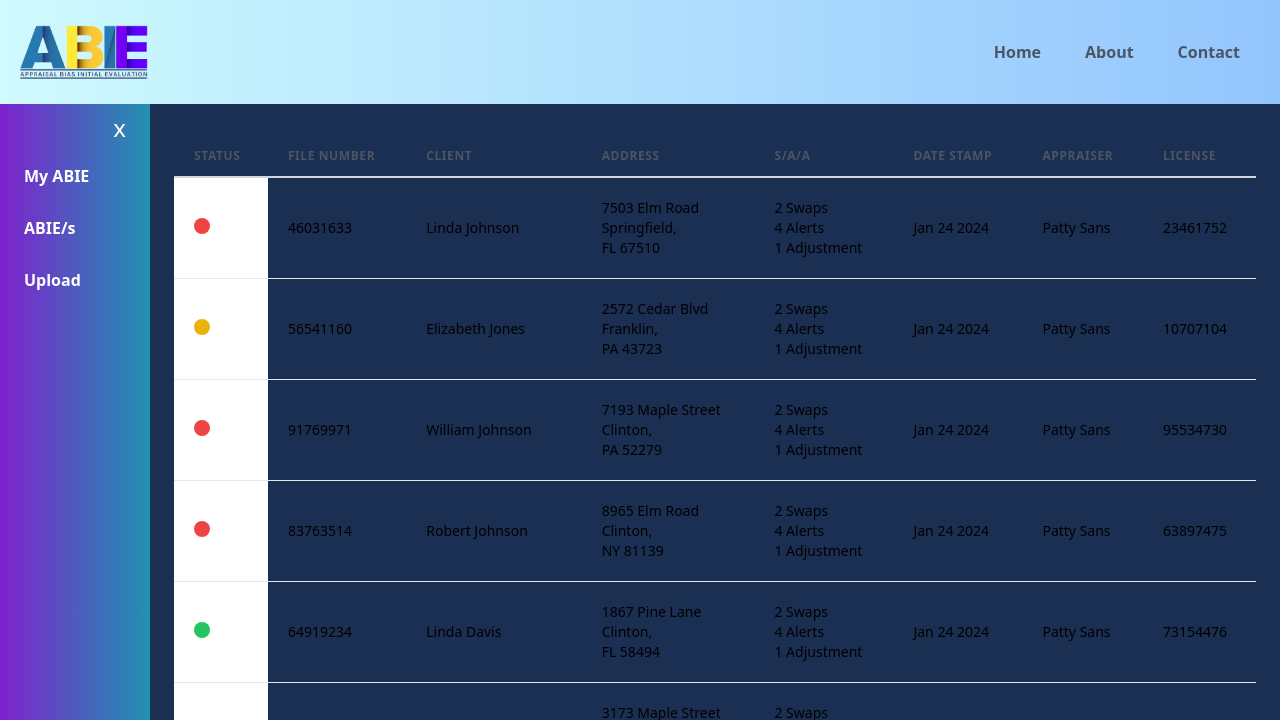
Repository: WafulaLukorito/Abie-frontend
Page: /dashboard
These files come from the project's save history. The page is drawn as it stood at one moment and after the next save; the edit follows.
The browser window is 1280 px wide. The pictures show the whole page.
An inner scrolling area shows only its first screen. The project was rebuilt for these pictures with package versions that can differ from the ones it lists, and the page was loaded fresh each time. Also part of the build but not shown: vite.config.js, src/components/Header/Button.jsx, src/components/Header/Links.jsx, src/components/Header/index.jsx, src/pages/Home.jsx, src/pages/About.jsx.

Above is the page before, as saved 2024-01-26 18:54:00.

### index.html
<!doctype html>
<html lang="en">
  <head>
    <meta charset="UTF-8" />
    <link rel="icon" type="image/svg+xml" href="src\assets\logo.png" />
    <meta name="viewport" content="width=device-width, initial-scale=1.0" />
    <title>Vite + React</title>
  </head>
  <body>
    <div id="root"></div>
    <script type="module" src="/src/main.jsx"></script>
  </body>
</html>

### src/main.jsx
import React from 'react'
import ReactDOM from 'react-dom/client'
import './index.css'
import { createBrowserRouter, RouterProvider } from 'react-router-dom'

//pages
import Home from './pages/Home'
import About from './pages/About'
import Dashboard from './pages/Dashboard'

const routes = createBrowserRouter([
  {
    path: '/',
    element: <Home/>,
  },
  {
    path: '/about',
    element: <About/>
  },
  {
    path: '/dashboard',
    element: <Dashboard/>
  },
  {
    path: '*',
    element: <div>404 Not Found</div>
  }
])

ReactDOM.createRoot(document.getElementById('root')).render(
  <React.StrictMode>
    <RouterProvider router={routes}/>
  </React.StrictMode>,
)

### src/index.css
@tailwind base;
@tailwind components;
@tailwind utilities;

* {
  margin: 0;
  padding: 0;
  box-sizing: border-box;
}

.sidebar {
  top: 6.5rem;
  background: linear-gradient(to right, #7E22CE, #2193b0);
}

### src/pages/Dashboard.jsx
import React, { useState } from 'react';
import Sidebar from "../components/Sidebar";
import NavBar from "../components/Navbar";
import mock from "./mock.json";

const Dashboard = () => {
    const [isSidebarOpen, setIsSidebarOpen] = useState(true);

    const toggleSidebar = () => {
        setIsSidebarOpen(!isSidebarOpen);
    };

    return (
        <div className="flex h-screen" style={{ backgroundColor: "#1A2F52" }}>
            <Sidebar isOpen={isSidebarOpen} toggleSidebar={toggleSidebar} />
            <div className="flex flex-col flex-1 overflow-hidden">
                <NavBar />

                {/* Main content */}
                <main className={`flex-1 overflow-x-hidden overflow-y-auto ${isSidebarOpen ? 'ml-[150px]' : 'ml-0'}`}>
                <div className="container mx-auto px-6 py-8">
                 <table className="min-w-full leading-normal">
                            <thead>
                                <tr>
                                    <th className="px-5 py-3 border-b-2 border-gray-300 text-left text-xs font-semibold text-gray-600 uppercase tracking-wider">Status</th>
                                    <th className="px-5 py-3 border-b-2 border-gray-300 text-left text-xs font-semibold text-gray-600 uppercase tracking-wider">File Number</th>
                                    <th className="px-5 py-3 border-b-2 border-gray-300 text-left text-xs font-semibold text-gray-600 uppercase tracking-wider">Client</th>
                                    <th className="px-5 py-3 border-b-2 border-gray-300 text-left text-xs font-semibold text-gray-600 uppercase tracking-wider">Address</th>
                                    <th className="px-5 py-3 border-b-2 border-gray-300 text-left text-xs font-semibold text-gray-600 uppercase tracking-wider">S/A/A</th>
                                    <th className="px-5 py-3 border-b-2 border-gray-300 text-left text-xs font-semibold text-gray-600 uppercase tracking-wider">Date Stamp</th>
                                    <th className="px-5 py-3 border-b-2 border-gray-300 text-left text-xs font-semibold text-gray-600 uppercase tracking-wider">Appraiser</th>
                                    <th className="px-5 py-3 border-b-2 border-gray-300 text-left text-xs font-semibold text-gray-600 uppercase tracking-wider">License</th>
                                </tr>
                            </thead>
                            <tbody>
                            {mock.map((item, index) => (
                    <tr key={index} className="hover:bg-gray-100">
                        <td className="px-5 py-5 border-b border-gray-200 bg-white text-sm">
                            <span className={`h-4 w-4 inline-block rounded-full ${item.color === 'red' ? 'bg-red-500' : item.color === 'green' ? 'bg-green-500' : 'bg-yellow-500'}`} />
                        </td>
                                        <td className="px-5 py-5 border-b border-gray-200 text-sm">{item.file_num}</td>
                                        <td className="px-5 py-5 border-b border-gray-200 text-sm">{item.client}</td>
                                        <td className="px-5 py-5 border-b border-gray-200 text-sm">
                                            <div>{item.address.split('\n').map((line, idx) => <div key={idx}>{line}</div>)}</div>
                                        </td>
                                        <td className="px-5 py-5 border-b border-gray-200 text-sm">
                                        <div>{item['S/A/A'].split('\n').map((line, idx) => <div key={idx}>{line}</div>)}</div></td>
                                        <td className="px-5 py-5 border-b border-gray-200 text-sm">{item.date_stamp}</td>
                                        <td className="px-5 py-5 border-b border-gray-200 text-sm">{item.appraiser}</td>
                                        <td className="px-5 py-5 border-b border-gray-200 text-sm">{item.license}</td>
                                    </tr>
                                ))}
                            </tbody>
                        </table>
                    </div>
                </main>
            </div>
        </div>
    );
}

export default Dashboard;

### src/components/Navbar/index.jsx
import React from "react";
import Logo from "../../assets/logo.png"
import { Link } from "react-router-dom";

export default function NavBar() {
  return (
    <header className="text-gray-600 body-font bg-gradient-to-r from-cyan-100 to-blue-300 text-blue-800">
      <div className="container mx-auto flex flex-wrap p-5 flex-col md:flex-row items-center">
        <a className="w-32 h-16 flex title-font font-medium items-center text-gray-900 mb-4 md:mb-0">
            <img src={Logo} alt="Logo" className="w-full h-full object-contain" />
        </a>
        <nav className="md:ml-auto flex flex-wrap items-center text-base justify-center text-2xl font-semibold gap-x-6">
          <Link to='/' className="mr-5 hover:text-gray-900">Home</Link>
          <Link to='/about' className="mr-5 hover:text-gray-900">About</Link>
          <a className="mr-5 hover:text-gray-900">Contact</a>
        </nav>
      </div>
    </header>
  );
}

### src/components/Sidebar/index.jsx
import React from 'react';

const Sidebar = ({ isOpen, toggleSidebar }) => {
  // Removed the internal state management for isSidebarOpen

  return (
    <div>
      {/* Sidebar */}
      <div className={`sidebar fixed top-0 bottom-0 lg:left-0 p-2 w-[150px] overflow-y-auto text-right ${isOpen ? 'bg-purple-700' : 'hidden'}`}>

        {/* Toggle button inside sidebar when open */}
        {isOpen && (
          <span
            className="text-white text-2xl z-50 top-0 button-style mt-3 cursor-pointer hover:bg-blue-600 rounded-full py-2 px-4"
            onClick={toggleSidebar}
          >
            {"x"}
          </span>
        )}

        {/* Add a little space after the toggle button */}
        <div className="mt-2"></div>

        {/* My ABIE link */}
        <div className="flex items-center button-style mt-3 cursor-pointer hover:bg-blue-600 text-white rounded-full py-2 px-4">
          <span className="font-bold">My ABIE</span>
        </div>

        {/* ABIE/s */}
        <div className="flex items-center button-style mt-3 cursor-pointer hover:bg-blue-600 text-white rounded-full py-2 px-4">
          <span className="font-bold">ABIE/s</span>
        </div>

        {/* Upload */}
        <div className="flex items-center button-style mt-3 cursor-pointer hover:bg-blue-600 text-white rounded-full py-2 px-4">
          <span className="font-bold">Upload</span>
        </div>

      </div>

      {/* Toggle button outside sidebar when closed */}
      {!isOpen && (
        <span
          className="sidebar absolute text-white top-2 left-0 cursor-pointer z-20 bg-purple-700 p-0 rounded-md"
          onClick={toggleSidebar}
        >
          {"Menu"}
        </span>
      )}
    </div>
  );
};

export default Sidebar;

### src/pages/mock.json
[
    {
        "color": "red",
        "file_num": "46031633",
        "client": "Linda Johnson",
        "address": "7503 Elm Road\nSpringfield,\nFL 67510",
        "S/A/A": "2 Swaps\n4 Alerts\n1 Adjustment",
        "date_stamp": "Jan 24 2024",
        "appraiser": "Patty Sans",
        "license": "23461752"
    },
    {
        "color": "yellow",
        "file_num": "56541160",
        "client": "Elizabeth Jones",
        "address": "2572 Cedar Blvd\nFranklin,\nPA 43723",
        "S/A/A": "2 Swaps\n4 Alerts\n1 Adjustment",
        "date_stamp": "Jan 24 2024",
        "appraiser": "Patty Sans",
        "license": "10707104"
    },
    {
        "color": "red",
        "file_num": "91769971",
        "client": "William Johnson",
        "address": "7193 Maple Street\nClinton,\nPA 52279",
        "S/A/A": "2 Swaps\n4 Alerts\n1 Adjustment",
        "date_stamp": "Jan 24 2024",
        "appraiser": "Patty Sans",
        "license": "95534730"
    },
    {
        "color": "red",
        "file_num": "83763514",
        "client": "Robert Johnson",
        "address": "8965 Elm Road\nClinton,\nNY 81139",
        "S/A/A": "2 Swaps\n4 Alerts\n1 Adjustment",
        "date_stamp": "Jan 24 2024",
        "appraiser": "Patty Sans",
        "license": "63897475"
    },
    {
        "color": "green",
        "file_num": "64919234",
        "client": "Linda Davis",
        "address": "1867 Pine Lane\nClinton,\nFL 58494",
        "S/A/A": "2 Swaps\n4 Alerts\n1 Adjustment",
        "date_stamp": "Jan 24 2024",
        "appraiser": "Patty Sans",
        "license": "73154476"
    },
    {
        "color": "green",
        "file_num": "59057620",
        "client": "Michael Rodriguez",
        "address": "3173 Maple Street\nSpringfield,\nNY 79194",
        "S/A/A": "2 Swaps\n4 Alerts\n1 Adjustment",
        "date_stamp": "Jan 24 2024",
        "appraiser": "Patty Sans",
        "license": "97857475"
    },
    {
        "color": "yellow",
        "file_num": "18184892",
        "client": "Patricia Brown",
        "address": "7449 Pine Lane\nGreenville,\nTX 73761",
        "S/A/A": "2 Swaps\n4 Alerts\n1 Adjustment",
        "date_stamp": "Jan 24 2024",
        "appraiser": "Patty Sans",
        "license": "21210081"
    },
    {
        "color": "green",
        "file_num": "38604736",
        "client": "Patricia Johnson",
        "address": "1511 Pine Lane\nSpringfield, \nCA 26949",
        "S/A/A": "2 Swaps\n4 Alerts\n1 Adjustment",
        "date_stamp": "Jan 24 2024",
        "appraiser": "Patty Sans",
        "license": "63797678"
    }
]

Loaded but not shown: tailwind.config.js (common file)

After the next save:
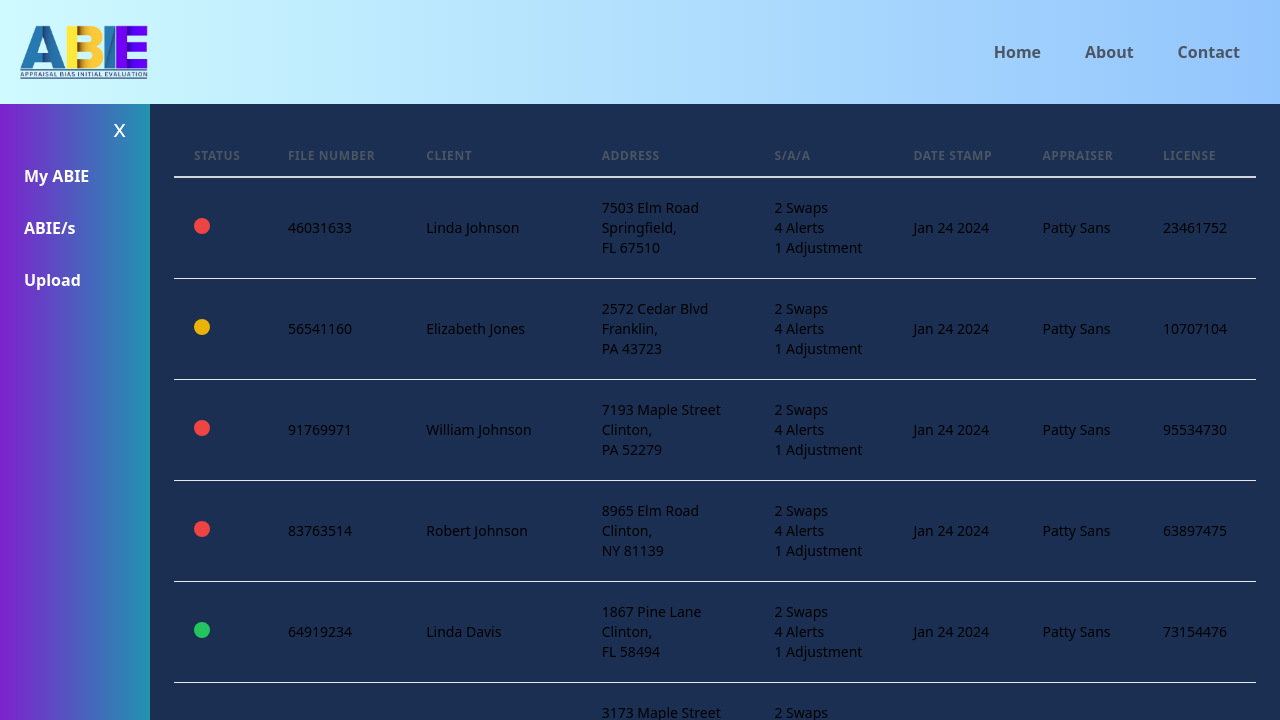
Saved 26 s later.
--- a/src/pages/Dashboard.jsx
+++ b/src/pages/Dashboard.jsx
@@ -35,7 +35,7 @@
                             <tbody>
                             {mock.map((item, index) => (
                     <tr key={index} className="hover:bg-gray-100">
-                        <td className="px-5 py-5 border-b border-gray-200 bg-white text-sm">
+                        <td className="px-5 py-5 border-b border-gray-200  text-sm">
                             <span className={`h-4 w-4 inline-block rounded-full ${item.color === 'red' ? 'bg-red-500' : item.color === 'green' ? 'bg-green-500' : 'bg-yellow-500'}`} />
                         </td>
                                         <td className="px-5 py-5 border-b border-gray-200 text-sm">{item.file_num}</td>
